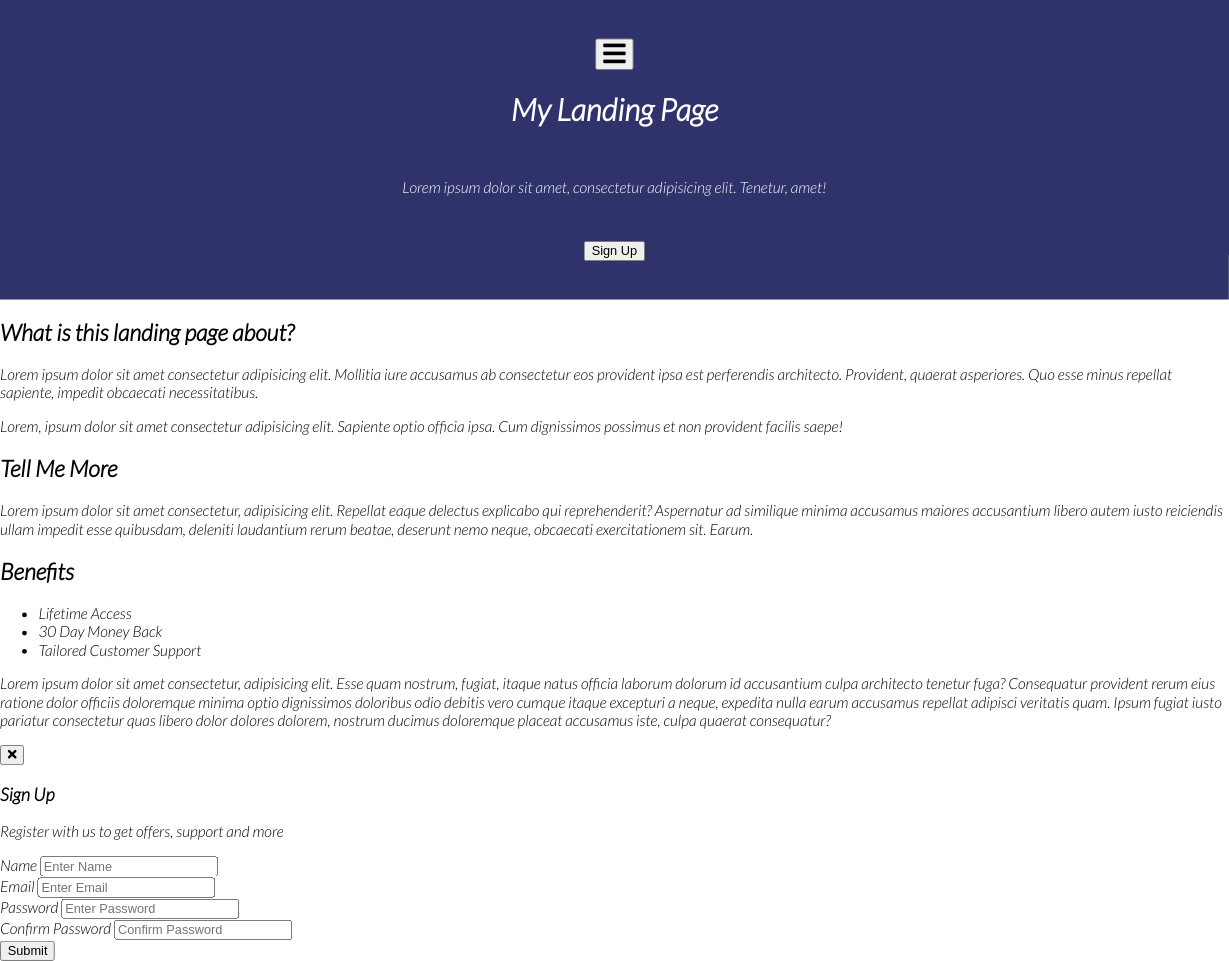
Repository: CAMPSLOPY/MenuSliderWithLandingPage
Page: index.html
The author's editor kept a copy of each file at every save. The page is drawn from the files as they stood at one save, then again after the next save.
The browser window is 1280 px wide. The pictures show the whole page, at 96% of full size.
Some web libraries are served in a nearby version.

Above is the page before, as saved 2021-01-21 14:24:11.

After the next save:
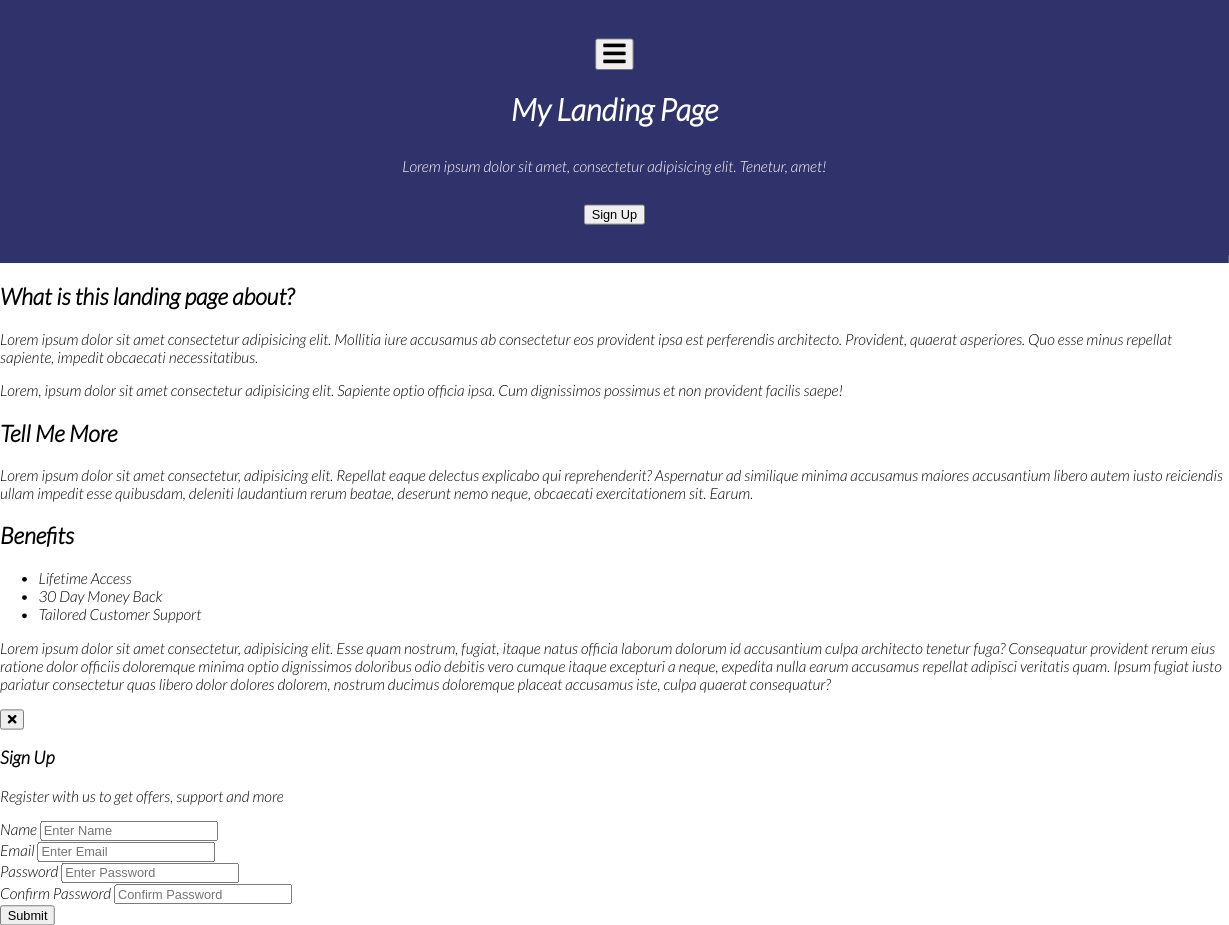
Saved 4 s later.
--- a/styles.css
+++ b/styles.css
@@ -72,5 +72,5 @@ header {
   padding: 2.5rem 0.9375rem;
 }
 header p{
-    padding: 30px 0;
+    margin: 30px 0;
 }
